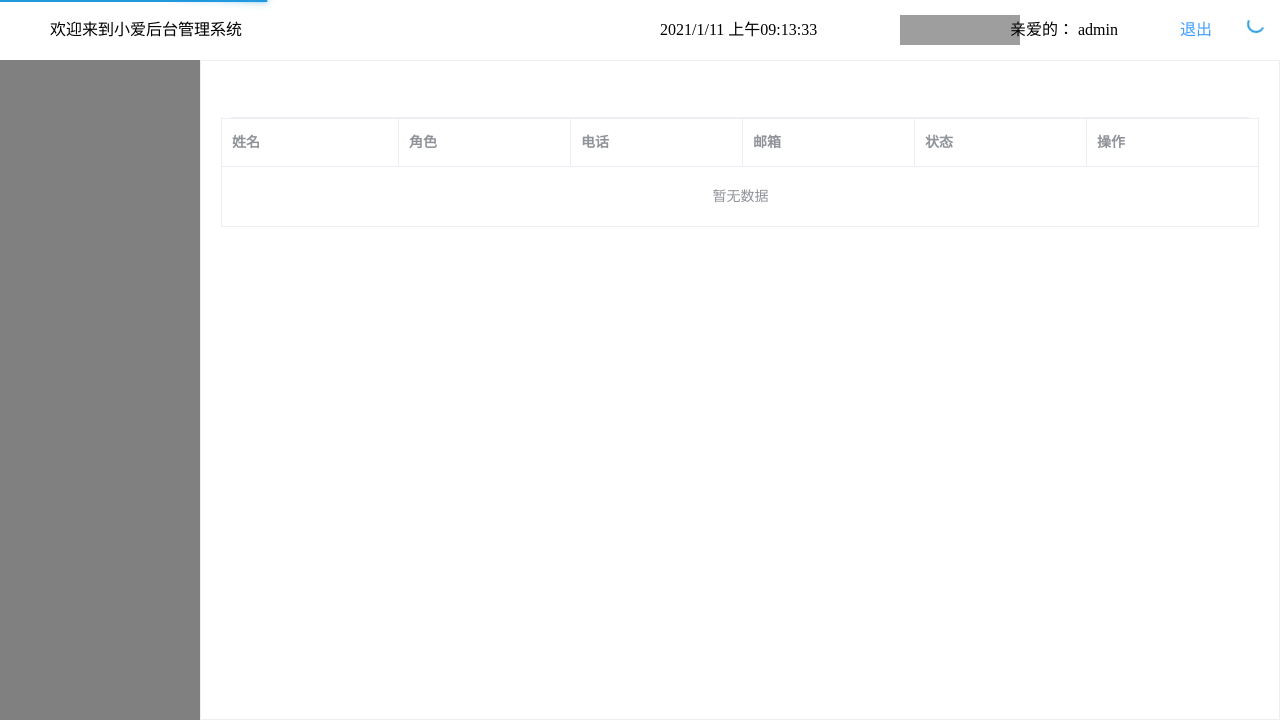
Repository: heyegang/vuex
Page: /usermanagement
The author's editor kept a copy of each file at every save. The page is drawn from the files as they stood at one save, then again after the next save.
The browser window is 1280 px wide. The pictures show the whole page.
Pictures or frames that could not be fetched are drawn as grey boxes. The page's requests for data from a server got no answer. The project was rebuilt for these pictures with package versions that can differ from the ones it lists, and the page was loaded fresh each time. No one was signed in, and anything a server would have sent is missing. Also part of the build but not shown: vue.config.js, src/views/Home.vue, src/components/navsidebar/NavSidebar.vue.

Above is the page before, as saved 2021-01-11 16:46:47.

### src/main.js
import Vue from "vue";
import App from "./App.vue";
import router from "./router";
import store from "./store";
import ElementUI from "element-ui";
import "element-ui/lib/theme-chalk/index.css"

Vue.use(ElementUI)
Vue.config.productionTip = false;

new Vue({
  router,
  store,
  render: h => h(App)
}).$mount("#app");

### src/App.vue
<template>
  <div id="app">
    <router-view />
  </div>
</template>

<style lang="scss">
*{
  margin: 0;
  padding: 0;
}
html,body,#app{
  height: 100%;
}
</style>

### src/router/index.js
import Vue from "vue";
import VueRouter from "vue-router";
import Home from "../views/Home.vue";
import Layout from "../views/layout/Layout.vue";

Vue.use(VueRouter);

const routes = [
  {
   path:"",
  component:Layout,
  children:[{
    path: "/",
    name: "Home",
    component: Home
  },
  {
    path: "/usermanagement",
    name: "usermanagement",
    component: () => import('../views/usermanagement/UserManagement.vue')
  },

  ]},
  {
    path: "/login",
    name: "login",
    component: () => import('../views/login/Login.vue')
  },
];

const router = new VueRouter({
  mode: "history",
  base: process.env.BASE_URL,
  routes
});

export default router;

### src/store/index.js
import Vue from "vue";
import Vuex from "vuex";
import user from "./user";
import layout from "./layout";
import Administration from "./Administration/Administration"
Vue.use(Vuex);

export default new Vuex.Store({
  state: {
    // 存放数据
  },
  mutations: {
    // 同步修改state
  },
  actions: {},
  modules: {
    // 代表模块
    user,
    layout,
    Administration,
  }
});

### src/views/layout/Layout.vue
<template>
  <div>
    <el-container>
      <el-header>
        <nav-header></nav-header>
      </el-header>
      <el-container>
        <el-aside width="200px">
          <nav-sidebar :layouts='layouts' v-if='layouts.length>0'></nav-sidebar>
        </el-aside>
        <el-main>
          <nav-label></nav-label>
          <router-view></router-view>
        </el-main>
      </el-container>
    </el-container>
  </div>
</template>

<script>
import NavHeader from "../../components/navheader/NavHeader";
import NavSidebar from "../../components/navsidebar/NavSidebar";
import NavLabel from "../../components/navlabel/NavLabel";
import {createNamespacedHelpers} from 'vuex'
let userModule = createNamespacedHelpers('layout')
let {mapState: layoutState,mapActions: layoutActions} = userModule
export default {
  name: "",
  props: {},
  data() {
    return {
      sidebars:[]
    };
  },
  components: {
    NavHeader,
    NavSidebar,
    NavLabel,
  },
  methods: {
    ...layoutActions(['gettype'])
  },
  mounted() {
    this.gettype()
  },
  computed: {
    ...layoutState(['layouts'])
  },
  watch: {}
};
</script>

<style lang='scss' scoped>
.el-header,
.el-footer {
  line-height: 60px;
}

.el-aside {
  position: fixed;
  top: 60px;
  bottom: 0;
  background-color: gray;
}

.el-main {
  position: fixed;
  bottom: 0;
  right: 0;
  top: 60px;
  left: 200px;
  border: 1px solid #eeeeee;
}

body > .el-container {
  margin-bottom: 40px;
}

.el-container:nth-child(5) .el-aside,
.el-container:nth-child(6) .el-aside {
  line-height: 260px;
}

.el-container:nth-child(7) .el-aside {
  line-height: 320px;
}
</style>

### src/views/usermanagement/UserManagement.vue
<template>
  <div class="back">
      <!-- <el-table
      :data="Administrations"
      style="width: 100%">
      <el-table-column
        prop="username"
        label="姓名">
      </el-table-column>
      <el-table-column
        prop="role_name"
        label="角色">
      </el-table-column>
      <el-table-column
        prop="mobile"
        label="电话">
      </el-table-column>
      <el-table-column
        prop="email"
        label="邮箱">
      </el-table-column>
    </el-table> -->
    <ai-table :data="Administrations" :columns="columns" border></ai-table>
  </div>
</template>

<script>
import {createNamespacedHelpers} from "vuex"
let userModule = createNamespacedHelpers('Administration')
let {mapState: AdmState,mapActions: AdmActions} = userModule
import AiTable from "../../components/aitable/AiTable"
export default {
  name: '',
  props:{

  },
  data () {
    return {
      pagenum:1,
      pagesize:5,
      query:'',
      columns:[
        {
          label:'姓名',
          prop:'username',
          align:'center',
        },
        {
          label:'角色',
           prop:'role_name',
           align:'center',
        },
        {
          label:'电话',
           prop:'mobile',
           align:'center',
        },
        {
          label:'邮箱',
           prop:'email',
           align:'center',
        },
        {
          label:'状态',
           prop:'mg_state',
           align:'center',
        },
        {
          label:'操作',
           prop:'',
           align:'center',

        },
      ]
    }
  },
  components: {
    AiTable,
  },
  methods: {
    ...AdmActions(['getusers'])
  },
  mounted() {
    this.getusers({
      query:'',
      pagenum:this.pagenum,
      pagesize:this.pagesize,
    })
  },
  computed: {
    ...AdmState(['Administrations'])
  },
  watch: {}
}
</script>

<style lang='scss' scoped>
.back{
  color: black;
}
</style>

### src/store/user.js
import { Message } from "element-ui";
import api from '../http/api';
import router from '../router'

export default {
    namespaced:true,
    // 开启命名空间

    state: {
        // 存放数据
        users:[]
      },
      mutations: {
        // 同步修改state
        setUsers(state,data){
            state.users = data
        }
      },
      actions: {
        //   发请求
        // 所有的方法
        // 登录 每一个action的方法都有两个参数 第一个是store 第二个是请求的参数
        // store可以解构为commit dispatch(提交另外一个action)
        async login(_,params){
            let res = await api.login(params)
            if(res.meta.status === 200){
                // 请求成功 存用户 跳转路由 提示用户
                localStorage.setItem('user', JSON.stringify(res.data))
                localStorage.setItem('token', res.data.token)
                Message.success('登录成功')
                router.push('/')
            } else {
                Message.error(res.meta.msg)
            }
        },
        // async getUsers({commit},params){
        //     let res = await api.getUsers(params)
        //     if(res.meta.status === 200) {
        //         commit('setUsers',res.data)
        //     }else {
        //         Message.error(res.meta.msg)
        //     }
        // } ,
      },
}

### src/store/layout.js
import api from '../http/api';
import { Message } from "element-ui";



export default {
  namespaced:true,
  state: {
    // 存放数据
    layouts:[]
  },
  mutations: {
    // 同步修改state
    setLayout(state,data){
      state.layouts = data
    }
  },
  actions: {
    async gettype({commit},params){
      let res = await api.gettype(params)
      if(res.meta.status === 200){
       console.log(res)
        commit('setLayout',res.data)
      }else {
        Message.error(res.meta.msg)
      }
    },
  },
}

### src/store/Administration/Administration.js
import { Message } from "element-ui";
import api from '../../http/api';

export default({
  namespaced:true,

  state: {
    // 存放数据
    Administrations:[]
  },
  mutations: {
    // 同步修改state
    setAdministration(state,data){
      state.Administrations = data
    }
  },
  actions: {
    async getusers({commit},params){
      let res =await api.getusers(params)
      if(res.meta.status === 200) {
        console.log(res)
        commit('setAdministration',res.data.users)
      } else {
        Message.error(res.meta.msg)
      }
    }
  },
})

### src/components/navheader/NavHeader.vue
<template>
  <div class="top">
      <div style="margin-left:30px;">
          欢迎来到小爱后台管理系统
      </div>
      <div class="box">
          {{times}}
      </div>
      <div class="weather">
          <div class="weather"><iframe scrolling="no" src="https://tianqiapi.com/api.php?style=yd&skin=pitaya" frameborder="0" width="100%" height="30" allowtransparency="true"></iframe></div>
    <!--获取天气-->
      </div>
      <div class="hello">
          亲爱的： admin
      </div>
      <div class="esc">
          退出
      </div>
  </div>
</template>

<script>
export default {
  name: '',
  props:{},
  data () {
    return {
      times:'',//格式化之后的当前时间
      currentTime: new Date() //当前时间
    }
  },
  components: {},
  methods: {
    getTimes(){
      setInterval(this.getTimesInterval, 1000);
    },
    getTimesInterval:function() {
      let _this = this;
      let year = new Date().getFullYear(); //获取当前时间的年份
      let month = new Date().getMonth() + 1; //获取当前时间的月份
      let day = new Date().getDate(); //获取当前时间的天数
      let hours = new Date().getHours(); //获取当前时间的小时
      let minutes = new Date().getMinutes(); //获取当前时间的分数
      let seconds = new Date().getSeconds(); //获取当前时间的秒数
      let hello = "";
      //当小于 10 的是时候，在前面加 0
      if (hours < 10) {
        hours = "0" + hours;
      }
      if (minutes < 10) {
        minutes = "0" + minutes;
      }
      if (seconds < 10) {
        seconds = "0" + seconds;
      }
      //一天中的时间
      if (hours > 6 && hours <13){
          hello = "上午";
      }
      if (hours > 13 && hours <18){
          hello = "下午";
      }
      if (hours > 18 && hours <24){
          hello = "晚上";
      }
      if (hours >0 && hours < 6){
          hello = "凌晨";
      }
      //拼接格式化当前时间
      _this.times = year + "/" + month + "/" + day + " " +hello+ hours + ":" + minutes + ":" + seconds;
    },
  },
  mounted() {
    this.getTimes()
  },
  computed: {},
  watch: {},
}
</script>

<style lang='scss' scoped>
.top{
    display: flex;
    position: relative;
    line-height: 60px;
}
.box{
    width: 220px;
    position: absolute;
    right: 380px;
    color: black;
}
.weather{
    width: 120px;
    position: absolute;
    right: 120px;
    top: 5px;
}
.hello{
    width: 120px;
    position: absolute;
    right: 130px;
}
.esc{
    width: 60px;
    position: absolute;
    right: 20px;
    color: #409EFF;
}
</style>

### src/components/navlabel/NavLabel.vue
<template>
  <div class="LabelBox">
  </div>
</template>

<script>
export default {
  name: '',
  props:{},
  data () {
    return {
    }
  },
  components: {},
  methods: {},
  mounted() {},
  computed: {},
  watch: {}
}
</script>

<style lang='scss' scoped>
.LabelBox{
  width: 98%;
  height: 36px;
  border-bottom: 1px solid #eee;
  margin-left: 1%;

}
</style>

### src/components/aitable/AiTable.vue
<template>
  <!-- <div>
    <ai-form></ai-form>
  </div> -->
    <el-table
      :border="border"
      :data="data"
      style="width: 100%"
      >
      <el-table-column
      v-for="(item,index) in columns"
      :key="index"
      :prop="item.prop"
      :label="item.label"
      align
      >
      </el-table-column>

      <!-- <el-table-column>
        <template slot-scope="scope">
          <slot name="action" :scope="scope"></slot>
        </template>
      </el-table-column> -->
    </el-table>
</template>

<script>

export default {
  name: '',
  props:{
    data:{
      type:Array,
      required:true
    },
    columns:{
      type:Array,
      required:true
    },
    border:{
      type:Boolean,
      dafault:false,
    }
  },
  data () {
    return {

    }
  },
  components: {},
  methods: {},
  mounted() {},
  computed: {},
  watch: {}
}
</script>

<style lang='scss' scoped>

</style>

### src/http/api.js
import http from './index'

export default{
     login({username,password}){
        return http.post('/login',{
            username,
            password
        })
     },
    //  getUsers({pagenum,pagesize,query}){
    //      if(query){
    //          return http.get(`/users?pagenum=${pagenum}&pagesize=${pagesize}&query=${query}`)
    //      } else {
    //          return http.get(`/users?pagenum=${pagenum}&pagesize=${pagesize}`)
    //      }

    //  },
     gettype(){
         return http.get('/menus')
     },
     getusers({query,pagenum,pagesize}){
        if(query){
            return http.get(`/users?pagenum=${pagenum}&pagesize=${pagesize}&query=${query}`)
        } else {
            return http.get(`/users?pagenum=${pagenum}&pagesize=${pagesize}`)
        }
     },
}

### src/http/index.js
import axios from 'axios'
import nprogress from 'nprogress'
import 'nprogress/nprogress.css'
import {Message} from 'element-ui'

// 需要区分当前环境是开发环境(development)还是生产环境(production)
let isPro = process.env.NODE_ENV === 'productin'

const http = axios.create({
    baseURL: isPro ? '线上接口路径':'/api',
    timeout:10000
})

// 请求拦截
http.interceptors.request.use(config =>{
    nprogress.start()
    // 配置token token是鉴权的一种方式
    // 在登陆成功后 会返回当前用户的token 存在本地
    // 可用（百度：js加密插件）加密插件加密token
    let token = localStorage.getItem('token')
    // 账号密码和token分开存
    if(token){
        config.headers.Authorization = token
    }
    return config
},err =>{
    nprogress.done()
    return Promise.reject(err)
})

// 响应拦截
http.interceptors.response.use(res => {
    nprogress.done()
    return res.data
},err => {

    // 请求失败
    let status = err.response && err.response.status
    // 状态码
    if (status === 400) {
        Message.error('参数错误')
    }
    if (status === 401) {
        Message.error('没有权限')
    }
    if (status === 403) {
        Message.error('登录过期')
    }
    if (status === 404) {
        Message.error('路径错误')
    }
    if (status === 500) {
        Message.error('服务器错误')
    }
    if (status === 403) {
        Message.error('服务器在维护')
    }
    return Promise.reject(err)
})


export default http

Loaded but not shown: public/index.html (common file)

After the next save:
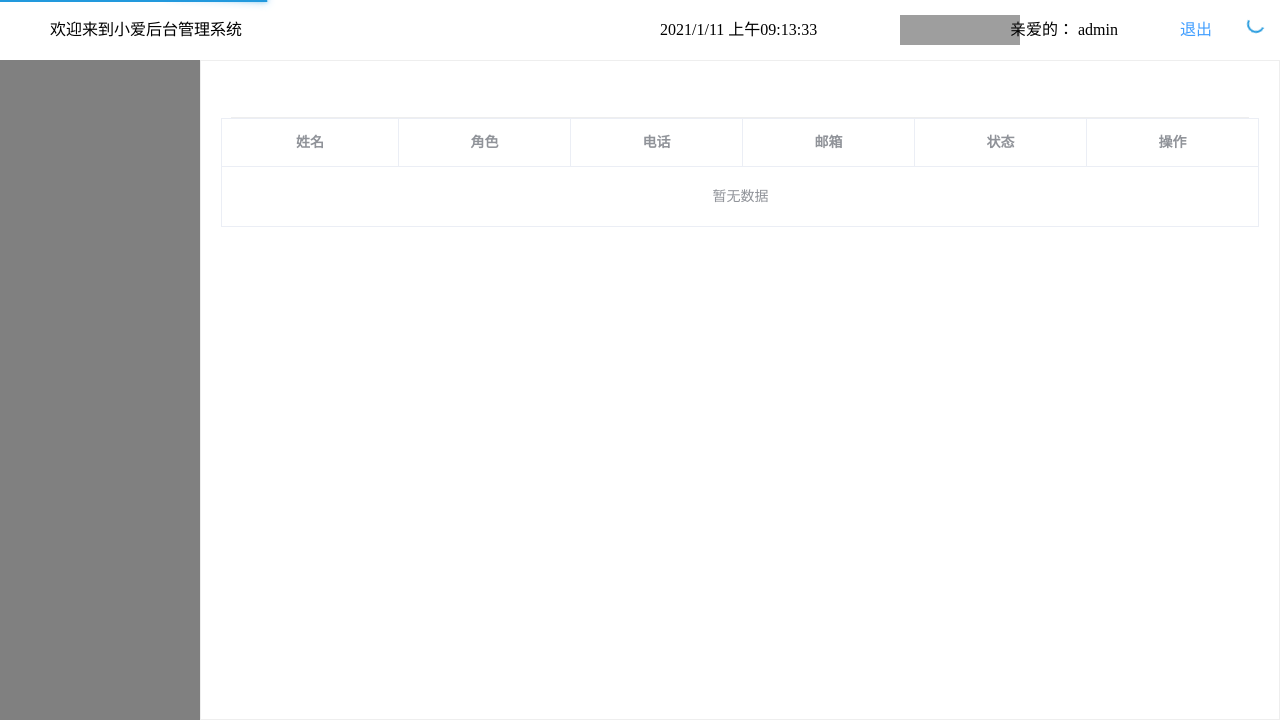
Saved 26 s later.
--- a/src/components/aitable/AiTable.vue
+++ b/src/components/aitable/AiTable.vue
@@ -12,7 +12,7 @@
       :key="index"
       :prop="item.prop"
       :label="item.label"
-      align
+      align='center'
       >
       </el-table-column>
 

After the save that followed:
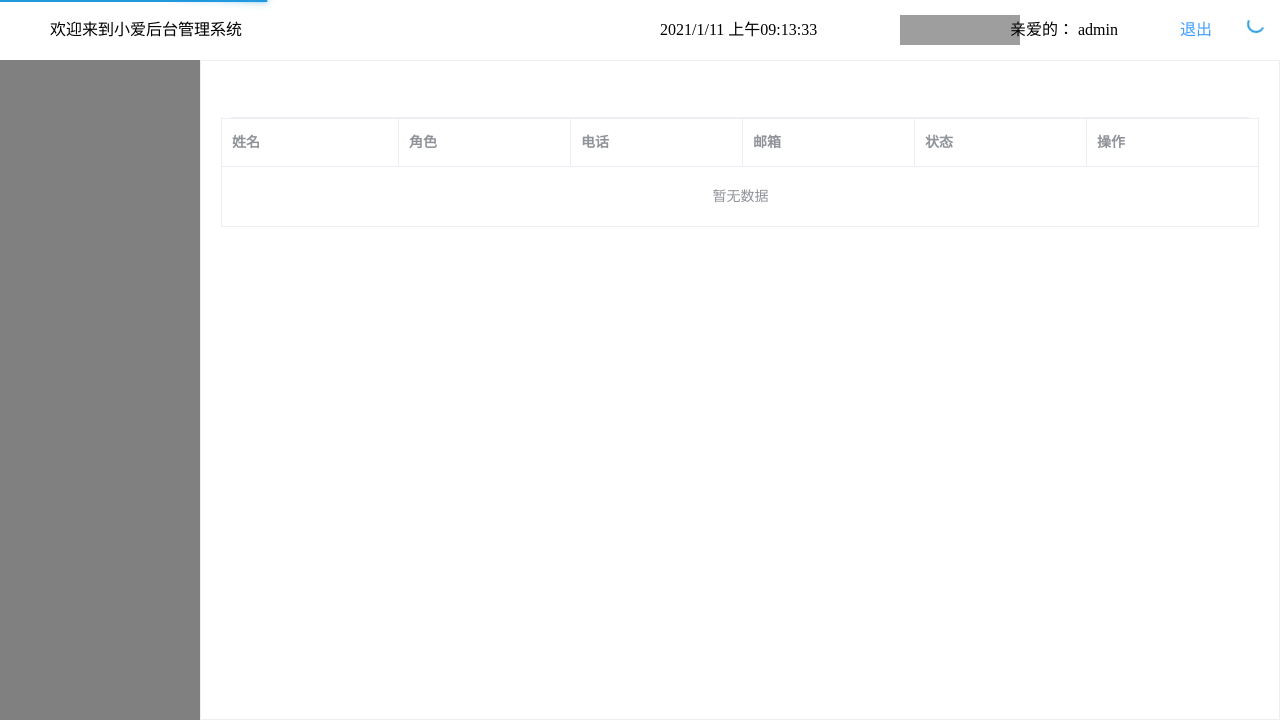
Saved 23 s later.
--- a/src/components/aitable/AiTable.vue
+++ b/src/components/aitable/AiTable.vue
@@ -12,7 +12,7 @@
       :key="index"
       :prop="item.prop"
       :label="item.label"
-      align='center'
+      :align='center'
       >
       </el-table-column>
 
